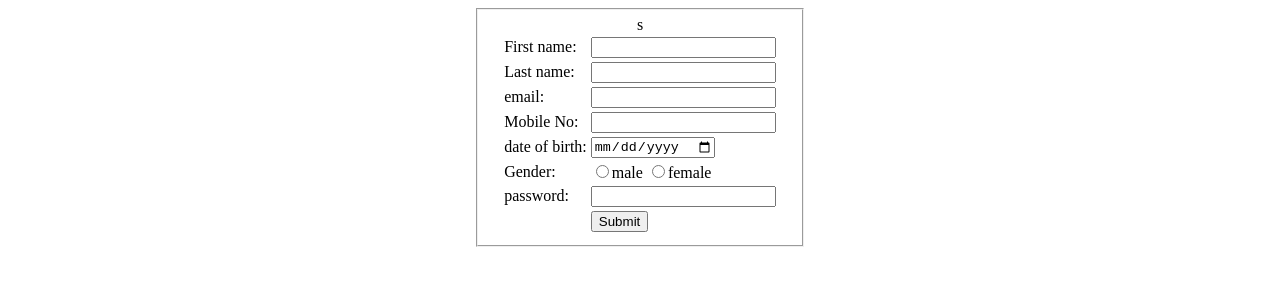
Repository: Hanish2/Springboot
Page: http://localhost/digi-page/pages/userRegister.jsp
An editor plug-in stored every save of this project. The page is shown before and after the next save, followed by the edit.
The browser window is 1280 px wide. The pictures show the whole page.
The page is served by Tomcat 9. Other server files are loaded and not shown.

Above is the page before, as saved 2022-10-19 09:28:21.

### socialmediapage/digi-page/src/main/webapp/pages/userRegister.jsp
<%@ page language="java" contentType="text/html; charset=ISO-8859-1"
    pageEncoding="ISO-8859-1"%>
<!DOCTYPE html>
<html>
<head>
<meta charset="ISO-8859-1">
<title>Register</title>
<script>
function check_pass() {
    if (document.getElementById('password').value ==
            document.getElementById('conf-password').value) {
        document.getElementById('submit').disabled = false;
    } else {
        document.getElementById('submit').disabled = true;
    }
}
</script>
</head>
<body>
<center>
<fieldset style="width:300px;">
<table>

<form action="register" method="post">
 <tr>
  <td>First name:</td>
  <td>  <input type="text" id="fname" name="firstname"></td>
 </tr>
 <tr>
 <td> Last name:</td>
 <td> <input type="text" id="lname" name="lastname"></td>
 </tr>
  <tr>
  <td>email:</td>
 <td> <input type="email" id="email" name="email"></td>
 </tr>
 <tr>s
  <td>Mobile No:</td>
  <td> <input type="number" id="mobile" name="mobile"></td>
  </tr>
  <tr>
  <td>date of birth:</td>
  <td><input type="date" id="date" name="dateofbirth"></td>
  </tr>
  <tr>
  <td>Gender:</td>
  <td><input type="radio" id="checkbox" name="gender" value="male">male
  <input type="radio" id="checkbox" name="gender" value="female">female</td></tr>
  <tr>
  <td>password:</td>
  <td><input type="password" id="password" name="password" onchange="check_pass();"></td></tr>

  <tr>
  <td>&nbsp</td>
  <td><input type="submit" value="Submit"></td></tr>
</form>
</table>
</fieldset>
</center>
</body>
</html>

After the next save:
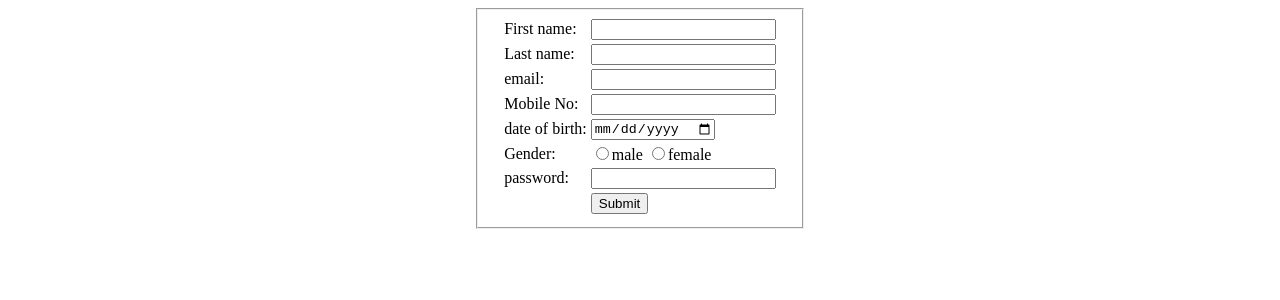
Saved 12 min 36 s later.
--- a/socialmediapage/digi-page/src/main/webapp/pages/userRegister.jsp
+++ b/socialmediapage/digi-page/src/main/webapp/pages/userRegister.jsp
@@ -34,7 +34,7 @@ function check_pass() {
   <td>email:</td>
  <td> <input type="email" id="email" name="email"></td>
  </tr>
- <tr>s
+ <tr>
   <td>Mobile No:</td>
   <td> <input type="number" id="mobile" name="mobile"></td>
   </tr>
